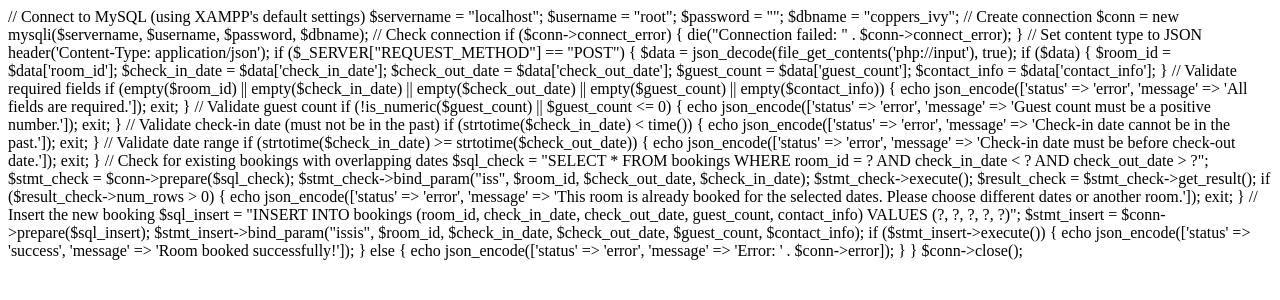
Repository: malingubarnice/Online-Reservation-System
Page: http://localhost/book_room.php
An editor plug-in stored every save of this project. The page is shown before and after the next save, followed by the edit.
The browser window is 1280 px wide. The pictures show the whole page.
The page is run by PHP 8.4 with error messages shown; the project is at /var/www/html/.

Above is the page before, as saved 2025-01-07 11:52:19.

### book_room.php
// Connect to MySQL (using XAMPP's default settings)
$servername = "localhost";
$username = "root";
$password = "";
$dbname = "coppers_ivy";

// Create connection
$conn = new mysqli($servername, $username, $password, $dbname);

// Check connection
if ($conn->connect_error) {
    die("Connection failed: " . $conn->connect_error);
}

// Set content type to JSON
header('Content-Type: application/json');

if ($_SERVER["REQUEST_METHOD"] == "POST") {
    $data = json_decode(file_get_contents('php://input'), true);

    if ($data) {
        $room_id = $data['room_id'];
        $check_in_date = $data['check_in_date'];
        $check_out_date = $data['check_out_date'];
        $guest_count = $data['guest_count'];
        $contact_info = $data['contact_info'];
    }

    // Validate required fields
    if (empty($room_id) || empty($check_in_date) || empty($check_out_date) || empty($guest_count) || empty($contact_info)) {
        echo json_encode(['status' => 'error', 'message' => 'All fields are required.']);
        exit;
    }

    // Validate guest count
    if (!is_numeric($guest_count) || $guest_count <= 0) {
        echo json_encode(['status' => 'error', 'message' => 'Guest count must be a positive number.']);
        exit;
    }

    // Validate check-in date (must not be in the past)
    if (strtotime($check_in_date) < time()) {
        echo json_encode(['status' => 'error', 'message' => 'Check-in date cannot be in the past.']);
        exit;
    }

    // Validate date range
    if (strtotime($check_in_date) >= strtotime($check_out_date)) {
        echo json_encode(['status' => 'error', 'message' => 'Check-in date must be before check-out date.']);
        exit;
    }

    // Check for existing bookings with overlapping dates
    $sql_check = "SELECT * FROM bookings
                  WHERE room_id = ?
                  AND check_in_date < ?
                  AND check_out_date > ?";
    $stmt_check = $conn->prepare($sql_check);
    $stmt_check->bind_param("iss", $room_id, $check_out_date, $check_in_date);
    $stmt_check->execute();
    $result_check = $stmt_check->get_result();

    if ($result_check->num_rows > 0) {
        echo json_encode(['status' => 'error', 'message' => 'This room is already booked for the selected dates. Please choose different dates or another room.']);
        exit;
    }

    // Insert the new booking
    $sql_insert = "INSERT INTO bookings (room_id, check_in_date, check_out_date, guest_count, contact_info)
                   VALUES (?, ?, ?, ?, ?)";
    $stmt_insert = $conn->prepare($sql_insert);
    $stmt_insert->bind_param("issis", $room_id, $check_in_date, $check_out_date, $guest_count, $contact_info);

    if ($stmt_insert->execute()) {
        echo json_encode(['status' => 'success', 'message' => 'Room booked successfully!']);
    } else {
        echo json_encode(['status' => 'error', 'message' => 'Error: ' . $conn->error]);
    }
}

$conn->close();

After the next save:
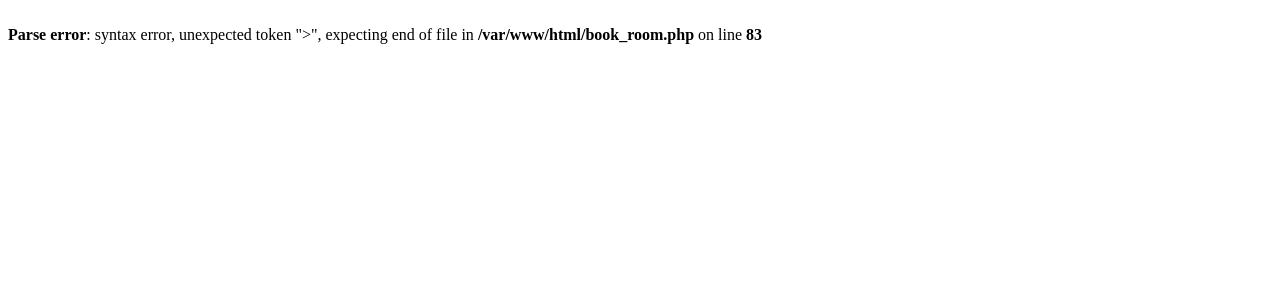
Saved 9 min 49 s later.
--- a/book_room.php
+++ b/book_room.php
@@ -1,3 +1,4 @@
+<?php
 // Connect to MySQL (using XAMPP's default settings)
 $servername = "localhost";
 $username = "root";
@@ -79,3 +80,4 @@ if ($_SERVER["REQUEST_METHOD"] == "POST") {
 }
 
 $conn->close();
+>
